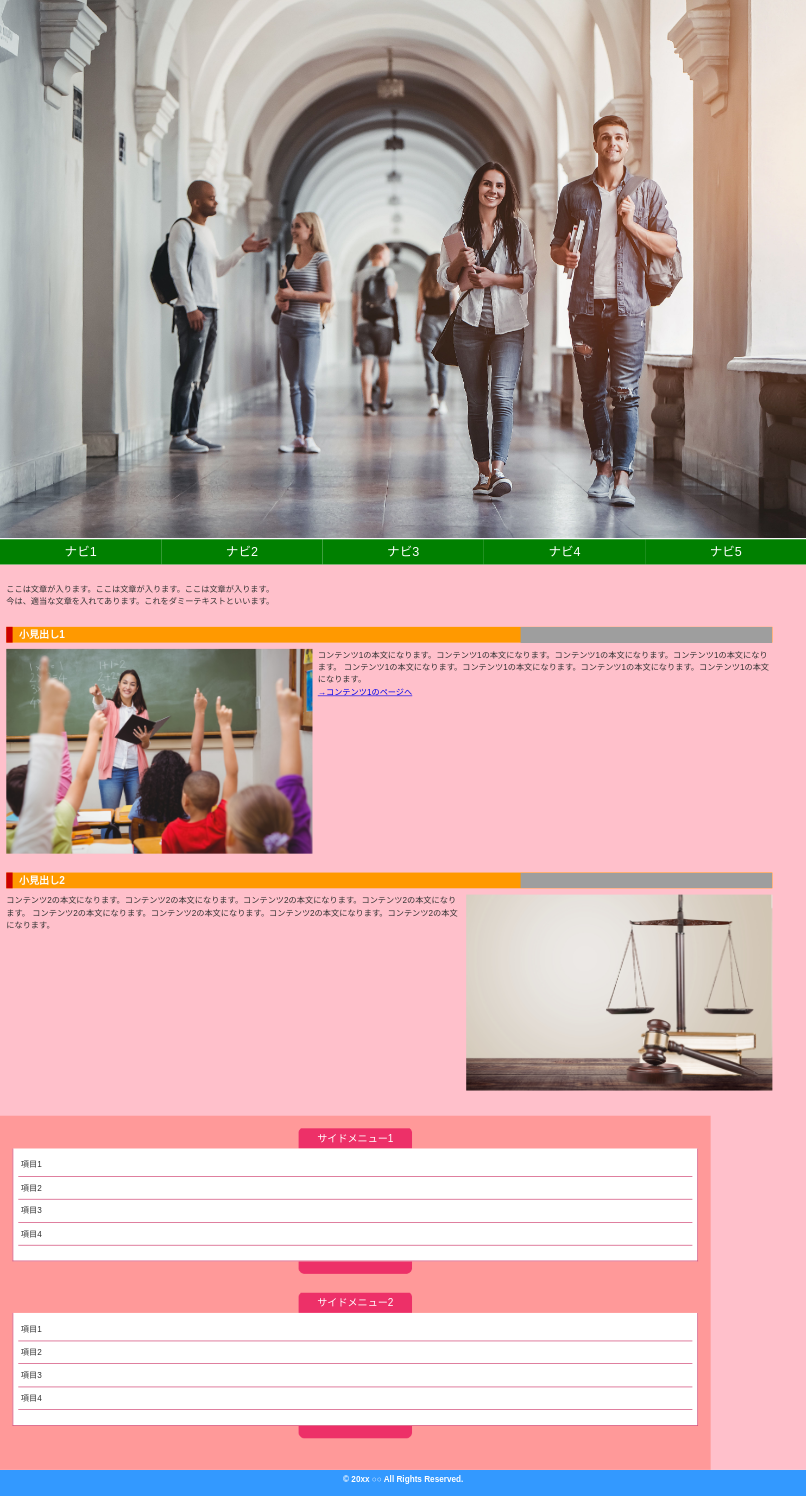
Repository: neomiyake/samurai_HTML-CSS
Page: 4章/home.html
The author's editor kept a record of every edit. The page is drawn from the files as they stood at one moment, then again after the next edit.
The browser window is 1280 px wide. The pictures show the whole page, at 63% of full size.
Pictures or frames that could not be fetched are drawn as grey boxes.

Above is the page before.

### 4章/home.html
<!DOCTYPE html>
<html lang="ja">
    <head>
        <meta charset="UTF-8">
        <title>HTML/CSSの学習</title>
        <link rel="stylesheet" href="stylesheet.css">
    </head>
    <body>
        <div id="header">
            <h1><a href="index.html"><img id="corridor" src="images/corridor.jpg" alt="大学の廊下" /></a></h1>
        </div>
        <div id="wrapper">
            <div id="nav">
                <ul>
                    <li><a href="home.html">ナビ1</a></li>
                    <li><a href="#">ナビ2</a></li>
                    <li><a href="#">ナビ3</a></li>
                    <li><a href="#">ナビ4</a></li>
                    <li><a href="#">ナビ5</a></li>
                </ul>
            </div>
            <div id="container">
                <div id="main">
                    <div class="post">
                        <p>ここは文章が入ります。ここは文章が入ります。ここは文章が入ります。<br />今は、適当な文章を入れてあります。これをダミーテキストといいます。</p>
                    </div>
                    <div class="post clearfix">
                        <h2>小見出し1</h2>
                        <img class="left" src="images/classroom.jpg" alt="授業風景" />
                        <p>
                            コンテンツ1の本文になります。コンテンツ1の本文になります。コンテンツ1の本文になります。コンテンツ1の本文になります。
                            コンテンツ1の本文になります。コンテンツ1の本文になります。コンテンツ1の本文になります。コンテンツ1の本文になります。
                        </p>
                        <p><a href="#">→コンテンツ1のページへ</a></p>
                    </div>
                    <div class="post clearfix">
                        <h2>小見出し2</h2>
                        <img class="right" src="images/scale.jpg" alt="天秤" />
                        <p>
                            コンテンツ2の本文になります。コンテンツ2の本文になります。コンテンツ2の本文になります。コンテンツ2の本文になります。
                            コンテンツ2の本文になります。コンテンツ2の本文になります。コンテンツ2の本文になります。コンテンツ2の本文になります。
                        </p>
                    </div>
                </div>
                <div id="side">
                    <div class="box">
                        <h2>サイドメニュー1</h2>
                        <div class="boxBody">
                            <ul>
                                <li>項目1</li>
                                <li>項目2</li>
                                <li>項目3</li>
                                <li>項目4</li>
                            </ul>
                        </div>
                    </div>
                    <div class="box">
                        <h2>サイドメニュー2</h2>
                        <div class="boxBody">
                            <ul>
                                <li>項目1</li>
                                <li>項目2</li>
                                <li>項目3</li>
                                <li>項目4</li>
                            </ul>
                        </div>
                    </div>
                </div>
            </div>
        </div>
        <div id="footer">
            <p>&copy; 20xx ○○ All Rights Reserved.</p>
        </div>
    </body>
</html>

### 4章/stylesheet.css
@charset "utf-8";

body {
	margin: 0;
	padding: 0;
	font-family: "ヒラギノ角ゴ Pro W3", "Hiragino Kaku Gothic Pro", "メイリオ", Meiryo, Osaka, "ＭＳ Ｐゴシック", "MS PGothic", sans-serif;
	color: #333;
	font-size: 13px;
	line-height: 150%;
}

/* -------------------- wrapper -------------------- */
#wrapper {
	width: 100%;
	margin: auto;
	margin-top: -10px; /* ヘッダーとナビの間の空白を埋めるために追加 */
	padding: 0px;
	border: 0px;
	background-color: #FFF;
    top: 10px;
    position: relative;
}

 /* -------------------- header -------------------- */
 #header {
 	width: 100%;
 }
 #header h1 {
 	 margin: 0;
	 padding: 0;
 }

 #corridor {
	 width: 100%;
	 height: auto;
 }

 /* -------------------- footer -------------------- */
 #footer {
 	 clear: both;
 	 width: 100%;
 	 padding: 3px 0 3px 0;
 	 background: #39F;
 	 color: #FFF;
 	 font-weight: bold;
 	 text-align: center;
 }

 /* -------------------- nav -------------------- */
 #nav {
	 width: 100%;
 }
 #nav ul {
     display: flex; /* フレックスボックスを使用 */
	 margin: 0;
	 padding: 0;
	 list-style-type: none;
 }
 #nav ul li {
	 width: 20%;
	 text-align: center;
 }
 #nav ul li a {
	 display: block;
	 height: 20px;
	 margin: 0;
	 padding: 10px;
	 color: #FFF;
	 font-size: 20px;
	 text-decoration: none;
	 background-color: green;
 }

 #nav ul li a:hover {
	 filter: drop-shadow(10px 10px 10px black);
 }

 /* -------------------- container -------------------- */
 #container {
	 width: 100%;
	 margin: auto ;
	 padding: auto;
	 padding-top: 20px;
	 clear: both;
     display: grid;
　   grid-template-columns: 70vw 30vw;
	 background-color: pink;
 }
 /* -------------------- main -------------------- */
 #main {
     width: 95%;
	 padding: 10px 30px 10px 10px;
 }
 #main h2 {
	 margin: 0 0 10px 0;
	 padding: 3px 10px 3px 10px;
	 color: #FFF;
	 font-size: 16px;
	 border-left: solid 10px #C00;
	 background: #F90 url(../images/main_h2.jpg) right top repeat-y;
 }
 #main p {
	 margin: 0;
	 padding: 0;
 }
 #main .post {
	 margin: 0 0 30px 0;
 }

 #main .post img.right {
	 margin: 0 0 0 8px;
 }
 #main .post img.left {
	 margin: 0 8px 0 0;
 }

 .right {
	 float: right;
	 width: 40%;
	 height: auto;
 }
 .left {
	 float: left;
	 width: 40%;
	 height: auto;
 }

 /* -------------------- clearfix -------------------- */
 .clearfix {
	 zoom: 1;
 }
 .clearfix:after{
	 content: "";
	 display: block;
	 clear: both;
 }

 /* -------------------- side -------------------- */
 #side {
     width: 85%;
 	 padding: 20px;
 	 background-color: #F99;
 }
 #side .box {
 	 margin: 0 auto 30px auto;
 	 padding: 0 0 20px 0;
 	 background: url(images/side_box.png) bottom no-repeat;
 }
 #side .box h2 {
 	 margin: 0;
 	 padding: 8px;
 	 text-align: center;
 	 color: #fff;
 	 font-size: 16px;
 	 line-height: 16px;
 	 font-weight: normal;
 	 background: url(images/side_box_h2.png) center no-repeat;
 }
 #side .box .boxBody {
 	 padding: 8px;
 	 border-right: solid 1px #C36;
 	 border-bottom: solid 1px #C36;
 	 border-left: solid 1px #C36;
 	 background: #fff;
 }
 #side .box .boxBody ul {
 	 margin: 0 0 16px 0;
 	 padding: 0;
 }
 #side .box .boxBody ul li {
 	 padding: 8px 0 8px 4px;
 	 list-style: none;
 	 border-bottom: solid 1px #C36;
 }

 #side .box .boxBody ul li:hover {
	 padding: 8px 0 8px 4px;
	 list-style: none;
	 border-bottom: solid 1px #C36;
	 box-shadow: 0px 4px 4px rgba(0, 0, 0, 0.3);
 }

After the next edit:
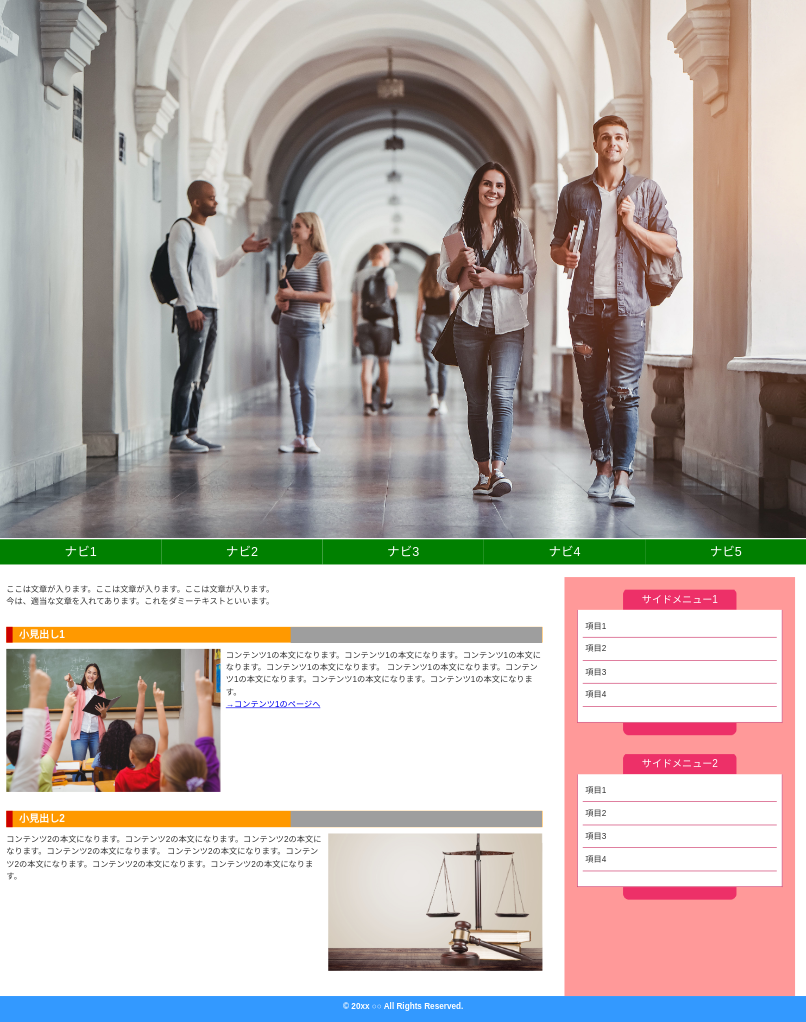
The edit:
--- a/4章/stylesheet.css
+++ b/4章/stylesheet.css
@@ -83,8 +83,7 @@
 	 padding-top: 20px;
 	 clear: both;
      display: grid;
-　   grid-template-columns: 70vw 30vw;
-	 background-color: pink;
+     grid-template-columns: 70vw 30vw;
  }
  /* -------------------- main -------------------- */
  #main {
